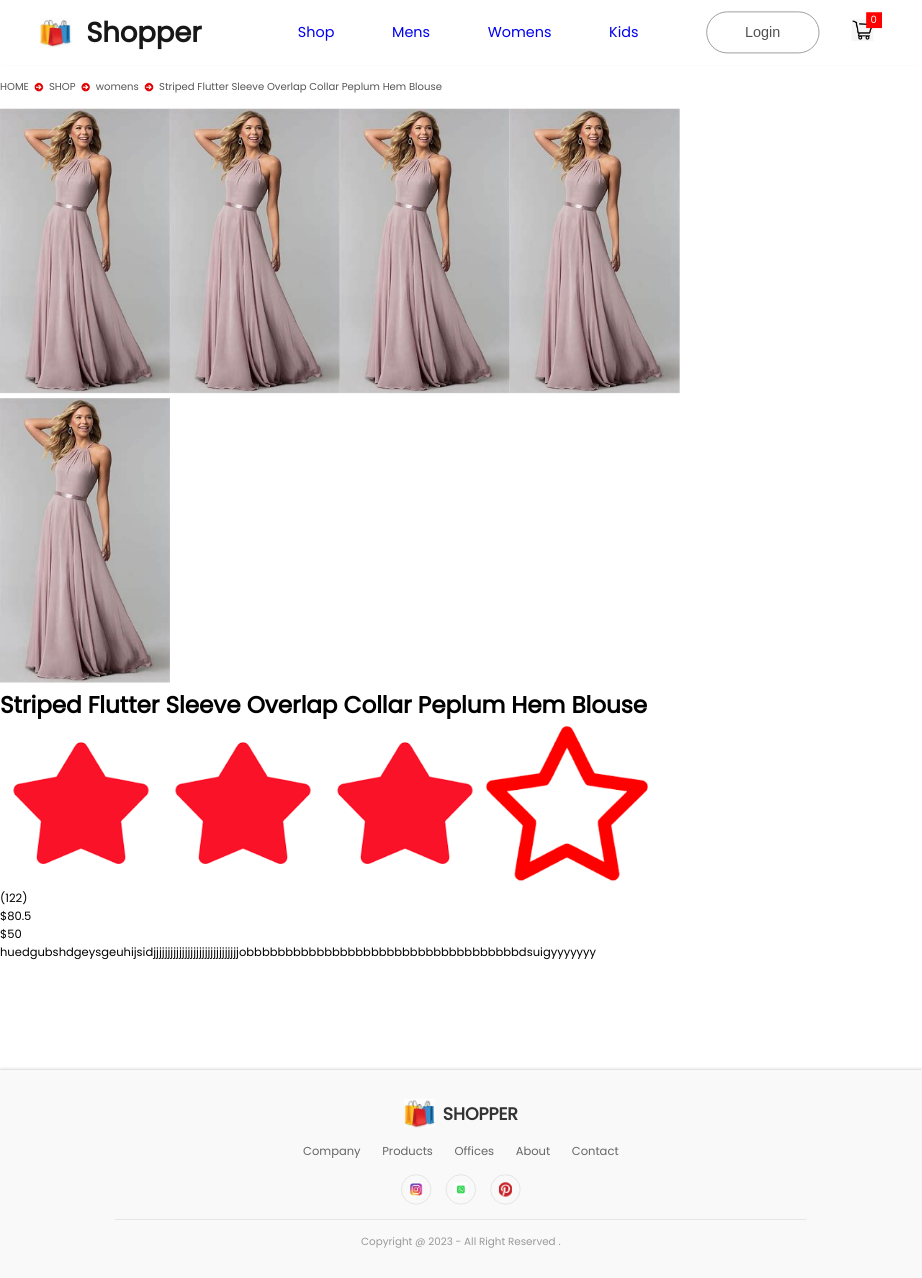
Repository: sshaiv/Shoppie_EcommerceAPP
Page: /product/1
An editor plug-in stored every save of this project. The page is shown before and after the next save, followed by the edit.
The browser window is 1280 px wide. The pictures show the whole page, at 72% of full size.
The project was rebuilt for these pictures with package versions that can differ from the ones it lists, and the page was loaded fresh each time. Also part of the build but not shown: src/App.css, src/Components/Pages/CSS/ShopCategory.css, src/Components/Item/Item.css, src/Components/Item/Item.jsx, src/Components/Pages/ShopCategory.jsx, src/Components/ProductDisplay/ProductDisplay.css, src/Components/Pages/Cart.jsx, src/Components/Pages/CSS/LoginSignup.css and 14 more.

Above is the page before, as saved 2024-07-16 21:52:27.

### public/index.html
<!DOCTYPE html>
<html lang="en">
  <head>
    <meta charset="utf-8" />
    <link rel="icon" href="%PUBLIC_URL%/favicon.ico" />
    <meta name="viewport" content="width=device-width, initial-scale=1" />
    <meta name="theme-color" content="#000000" />
    <meta
      name="description"
      content="Web site created using create-react-app"
    />
    <link rel="apple-touch-icon" href="%PUBLIC_URL%/logo192.png" />
    <!--
      manifest.json provides metadata used when your web app is installed on a
      user's mobile device or desktop. See https://developers.google.com/web/fundamentals/web-app-manifest/
    -->
    <link rel="manifest" href="%PUBLIC_URL%/manifest.json" />
    <!--
      Notice the use of %PUBLIC_URL% in the tags above.
      It will be replaced with the URL of the `public` folder during the build.
      Only files inside the `public` folder can be referenced from the HTML.

      Unlike "/favicon.ico" or "favicon.ico", "%PUBLIC_URL%/favicon.ico" will
      work correctly both with client-side routing and a non-root public URL.
      Learn how to configure a non-root public URL by running `npm run build`.
    -->
    <link rel="preconnect" href="https://fonts.googleapis.com">
    <link rel="preconnect" href="https://fonts.gstatic.com" crossorigin>
    <link href="https://fonts.googleapis.com/css2?family=Poppins&display=swap" rel="stylesheet">
    <title>E-Commerce</title>
  </head>
  <body>
    <noscript>You need to enable JavaScript to run this app.</noscript>
    <div id="root"></div>
    <!--
      This HTML file is a template.
      If you open it directly in the browser, you will see an empty page.

      You can add webfonts, meta tags, or analytics to this file.
      The build step will place the bundled scripts into the <body> tag.

      To begin the development, run `npm start` or `yarn start`.
      To create a production bundle, use `npm run build` or `yarn build`.
    -->
  </body>
</html>

### src/index.js
import React from 'react';
import ReactDOM from 'react-dom/client';
import './index.css';
import App from './App';
import ShopContextProvider from './Components/Context/ShopContext';

const root = ReactDOM.createRoot(document.getElementById('root'));
root.render(
  <ShopContextProvider>
    <App/>
  </ShopContextProvider>
);

// If you want to start measuring performance in your app, pass a function
// to log results (for example: reportWebVitals(console.log))
// or send to an analytics endpoint. Learn more: https://bit.ly/CRA-vitals

### src/index.css
*{
  margin: 0;
}

body {
  margin: 0;
  font-family: -apple-system, BlinkMacSystemFont, 'Segoe UI', 'Roboto', 'Oxygen',
    'Ubuntu', 'Cantarell', 'Fira Sans', 'Droid Sans', 'Helvetica Neue',
    sans-serif;
  -webkit-font-smoothing: antialiased;
  -moz-osx-font-smoothing: grayscale;

 font-family:'Poppins';

}

code {
  font-family: source-code-pro, Menlo, Monaco, Consolas, 'Courier New',
    monospace;
}

### src/App.js
import React from 'react';
import './App.css';
import Navbar from './Components/Navbar/Navbar';
import { BrowserRouter, Routes, Route } from 'react-router-dom';
import ShopCategory from './Components/Pages/ShopCategory';
import Product from './Components/Pages/Product';
import Cart from './Components/Pages/Cart';
import LoginSignup from './Components/Pages/LoginSignup';
import Shop from './Components/Pages/Shop';
import Footer from './Components/Footer/Footer';
import men_banner from './Components/Assets/banner_mens.png';
import women_banner from './Components/Assets/banner_women.png';
import kid_banner from './Components/Assets/banner_kids.png';

const App = () => {
  return (
    <div>
      <BrowserRouter>
        <Navbar />
        <Routes>
          <Route path='/' element={<Shop />} />
          <Route path='/mens' element={<ShopCategory banner={men_banner} category='mens' />} />
          <Route path='/womens' element={<ShopCategory banner={women_banner} category='womens' />} />
          <Route path='/kids' element={<ShopCategory banner={kid_banner} category='kids' />} />
          <Route path='/product' element={<Product />} />
          <Route path='/product/:productID' element={<Product />} />
          <Route path='/cart' element={<Cart />} />
          <Route path='/login' element={<LoginSignup />} />
        </Routes>
        <Footer />
      </BrowserRouter>
    </div>
  );
}

export default App;

### src/Components/Context/ShopContext.jsx
import React, { createContext } from 'react';
import all_product from '../Assets/all_products';

export const ShopContext = createContext(null);

const ShopContextProvider = (props) => {
  const contextValue = { all_product };

  return (
    <ShopContext.Provider value={contextValue}>
      {props.children}
    </ShopContext.Provider>
  );
}

export default ShopContextProvider;

### src/Components/Navbar/Navbar.jsx
import React, { useState } from 'react'
import './Navbar.css'
import logo from '../Assets/logo.png'
import cart_icon from '../Assets/cart_icon.png'
import { Link } from 'react-router-dom'

const Navbar = () => {
const [menu,setMenu]=useState("shop");

  return (
    <div>
      <div className='navbar'>
        <div className='nav-logo'>
          <img src={logo} alt="Logo" />
          <p>Shopper</p>
        </div>
        <ul className='nav-menu'>
            <li onClick={()=>{setMenu("shop")}}><Link style={{textDecoration:'none'}} to='/'>Shop </Link>{menu==="shop"? <hr/> :<></>}   </li>
            <li onClick={()=>{setMenu("mens")}}><Link style={{textDecoration:'none'}}  to='/mens'>Mens</Link> {menu==="shop"? <hr/> :<></>} </li>
            <li onClick={()=>{setMenu("womens")}}><Link style={{textDecoration:'none'}}  to='/womens'>Womens </Link> {menu==="shop"? <hr/> :<></>} </li>
            <li onClick={()=>{setMenu("kids")}}><Link style={{textDecoration:'none'}}  to='/kids'>Kids</Link> {menu==="shop"? <hr/> :<></>} </li>
        </ul>

        <div className="nav-login-cart">
          <Link to='/login'>  <button>Login</button></Link>
       <Link to='/cart'>   <img src={cart_icon} alt="" /></Link>
      <div className="nav-cart-count">0</div>
        </div>
      </div>
    </div>
  )
}

export default Navbar

### src/Components/Pages/Product.jsx
import React,{useContext} from 'react'
import { ShopContext } from '../Context/ShopContext'
import { useParams } from 'react-router-dom'
import Breadcrums from '../Breadcrums/Breadcrums';
import ProductDisplay from '../ProductDisplay/ProductDisplay';

const Product = () => {
  const {all_product}=useContext(ShopContext);
  const {productID}=useParams();
  const product =all_product.find((e)=>e.id===Number(productID));
  return (
    <div>
      <Breadcrums product={product}/>
      <ProductDisplay product={product}/>
    </div>
  )
}

export default Product

### src/Components/Footer/Footer.jsx
import React from 'react'
import './Footer.css'
import footer_logo from '../Assets/footer_logo.png'
import insta_logo from '../Assets/insta_logo.png'
import whatsapp_logo from '../Assets/whatsapp_logo.png'
import pinterest_logo from '../Assets/pinterest_logo.png'



const Footer = () => {
  return (
    <div className='footer'>
      <div className="footer-logo">
        <img src={footer_logo} alt="" />
        <p>SHOPPER</p>

      </div>
      <ul className="footer-links">
        <li>Company</li>
        <li>Products</li>
        <li>Offices</li>
        <li>About</li>
        <li>Contact</li>
      </ul>
      <div className="footer-social-icon">
        <div className="footer-icons-container">
            <img src={insta_logo} alt="" />
        </div>
        <div className="footer-icons-container">
            <img src={whatsapp_logo} alt="" />
        </div>
        <div className="footer-icons-container">
            <img src={pinterest_logo} alt="" />
        </div>
      </div>
      <div className="footer-copyright">
        <hr />
        <p>Copyright @ 2023 - All Right Reserved .</p>
      </div>
    </div>
  )
}

export default Footer

### src/Components/Assets/all_products.js
import p1_img from './product1.png';
import p2_img from './product2.png';
import p3_img from './product3.png';
import p4_img from './product4.png';
// Repeat or add new images as necessary

let all_product = [
    {
        id: 1,
        name: "Striped Flutter Sleeve Overlap Collar Peplum Hem Blouse",
        image: p1_img,
        new_price: 50.00,
        old_price: 80.50,
        category: "womens"
    },
    {
        id: 2,
        name: "Denim High Waist Skinny Jeans",
        image: p2_img,
        new_price: 65.00,
        old_price: 95.00,
        category: "womens"
    },
    {
        id: 3,
        name: "Linen Blend V-Neck Midi Dress",
        image: p3_img,
        new_price: 70.00,
        old_price: 110.00,
        category: "womens"
    },
    {
        id: 4,
        name: "Leather Crossbody Bag with Tassel Detail",
        image: p4_img,
        new_price: 45.00,
        old_price: 75.00,
        category: "womens"
    },
    {
        id: 5,
        name: "Classic White Cotton Shirt",
        image: p1_img,
        new_price: 40.00,
        old_price: 60.00,
        category: "mens"
    },
    {
        id: 6,
        name: "Slim Fit Chinos",
        image: p2_img,
        new_price: 55.00,
        old_price: 85.00,
        category: "mens"
    },
    {
        id: 7,
        name: "Floral Print A-Line Dress",
        image: p3_img,
        new_price: 75.00,
        old_price: 100.00,
        category: "womens"
    },
    {
        id: 8,
        name: "Faux Leather Biker Jacket",
        image: p4_img,
        new_price: 90.00,
        old_price: 120.00,
        category: "womens"
    },
    // Continue adding products with the appropriate category
    {
        id: 9,
        name: "Knitted Sweater",
        image: p1_img,
        new_price: 60.00,
        old_price: 90.00,
        category: "mens"
    },
    {
        id: 10,
        name: "Stretch Skinny Jeans",
        image: p2_img,
        new_price: 50.00,
        old_price: 80.00,
        category: "mens"
    },
    {
        id: 11,
        name: "Polka Dot Wrap Dress",
        image: p3_img,
        new_price: 85.00,
        old_price: 115.00,
        category: "womens"
    },
    {
        id: 12,
        name: "Wool Blend Coat",
        image: p4_img,
        new_price: 150.00,
        old_price: 200.00,
        category: "womens"
    },
    {
        id: 13,
        name: "Lace Trim Cami Top",
        image: p1_img,
        new_price: 35.00,
        old_price: 55.00,
        category: "womens"
    },
    {
        id: 14,
        name: "High Rise Shorts",
        image: p2_img,
        new_price: 45.00,
        old_price: 70.00,
        category: "mens"
    },
    {
        id: 15,
        name: "Puff Sleeve Midi Dress",
        image: p3_img,
        new_price: 65.00,
        old_price: 95.00,
        category: "womens"
    },
    {
        id: 16,
        name: "Quilted Crossbody Bag",
        image: p4_img,
        new_price: 55.00,
        old_price: 85.00,
        category: "womens"
    },
    {
        id: 17,
        name: "Oversized Denim Jacket",
        image: p1_img,
        new_price: 100.00,
        old_price: 130.00,
        category: "mens"
    },
    {
        id: 18,
        name: "Cargo Pants",
        image: p2_img,
        new_price: 60.00,
        old_price: 90.00,
        category: "mens"
    },
    {
        id: 19,
        name: "Embroidered Maxi Dress",
        image: p3_img,
        new_price: 110.00,
        old_price: 150.00,
        category: "womens"
    },
    {
        id: 20,
        name: "Suede Ankle Boots",
        image: p4_img,
        new_price: 95.00,
        old_price: 125.00,
        category: "womens"
    },
    {
        id: 21,
        name: "Ribbed Turtleneck Sweater",
        image: p1_img,
        new_price: 45.00,
        old_price: 70.00,
        category: "mens"
    },
    {
        id: 22,
        name: "Pleated Midi Skirt",
        image: p2_img,
        new_price: 55.00,
        old_price: 85.00,
        category: "womens"
    },
    {
        id: 23,
        name: "Off-Shoulder Evening Gown",
        image: p3_img,
        new_price: 150.00,
        old_price: 200.00,
        category: "womens"
    },
]

export default all_product;

### src/Components/Navbar/Navbar.css
.navbar{
    display: flex;
    justify-content: space-around;
    padding: 16px;
    box-shadow:0 1px 3px -2px black ;

}
.nav-logo{
    display:flex;
    align-items: center;
    gap: 10px;
}

.nav-logo p{
    color: #171717;
    font-size: 38px;
    font-weight: 600;
}
.nav-menu{
    display:flex;
    align-items:center;
    list-style: none;
    gap: 50px;
    color:#626262;
    font-size: 20px;
    font-weight: 500;

}


  .nav-logo img {
    height: 40px;
    margin-right: 10px;
  }



  .nav-menu li {
    margin: 0 15px;
    position: relative;
    cursor: pointer;
  }

  .nav-menu li:hover hr {
    display: block;
  }

  .nav-menu hr {
    display: none;
    width: 80%;
    height: 3px;
    border-radius: 10px;
    background-color:red;

  }

  .nav-login-cart {
    display: flex;
    align-items: center;
    gap: 45px;
  }

  .nav-login-cart button {
    width: 157px;
    height: 58px;
    outline: none;
    border: 1px solid #7a7a7a;
    border-radius: 75px;
    color:#515151;
    font-size: 20px;
    font-weight: 500;
    background: white;
    cursor: pointer;
  }

  .nav-login-cart button:active{
    background:#f3f3f3;
  }
  .nav-login-cart img {
    height: 30px;
    cursor: pointer;
  }
  .nav-cart-count{
    width: 22px;
    height: 22px;
    display: flex;
    justify-content: center;
    align-items:center;
    margin-top: -35px;
    margin-left: -55px;
    border: radius 11px;
    font-size: 14px;
    background-color:red;
    color:white;
  }

  @media (max-width: 768px) {
    .navbar {
      flex-direction: column;
      align-items: center;
    }

    .nav-logo p {
      font-size: 20px;
    }

    .nav-menu {
      flex-direction: column;
      align-items: center;
      gap: 10px;
    }

    .nav-menu li {
      margin: 10px 0;
    }

    .nav-login-cart {
      flex-direction: column;
      align-items: center;
      gap: 10px;
    }
  }

### src/Components/Breadcrums/Breadcrums.jsx
import React from 'react';
import './Breadcrum.css';
import arrow_icon from '../Assets/arrow_icon.png';

const Breadcrums = (props) => {
  const { product } = props;
  return (
    <div className='breadcrums'>
      HOME <img src={arrow_icon} alt="arrow" /> SHOP <img src={arrow_icon} alt="arrow" /> {product.category} <img src={arrow_icon} alt="arrow" /> {product.name}
    </div>
  );
}

export default Breadcrums;

### src/Components/ProductDisplay/ProductDisplay.jsx
import React from "react";
import "./ProductDisplay.css";
import star_icon from '../Assets/star_icon.png'
import star_dullicon from '../Assets/star_dullicon.png'

const ProductDisplay = (props) => {
  const { product } = props;
  return (
    <div className="productdisplay">
      <div className="productdisplay-left">
        <div className="productdisplay-img-list">
          <img src={product.image} alt="" />
          <img src={product.image} alt="" />
          <img src={product.image} alt="" />
          <img src={product.image} alt="" />
        </div>
        <div className="productdisplay-img">
          <img className="productdisplay-main-img" src={product.image} alt="" />
        </div>
      </div>
      <div className="productdisplay-right">
        <h1>{product.name}</h1>
        <div className="productdisplay-right-star">
          <img src={star_icon} alt="" />
          <img src={star_icon} alt="" />
          <img src={star_icon} alt="" />
          <img src={star_dullicon} alt="" />
       <p>(122)</p>
        </div>
        <div className="productdisplay-right-prices">
            <div className="productdisplay-right-price-old">
                ${product.old_price}
            </div>
            <div className="productdisplay-right-price-new">
                ${product.new_price}
            </div>

        </div>
        <div className="productdisplay-right-description">
            huedgubshdgeysgeuhijsidjjjjjjjjjjjjjjjjjjjjjjjjjjjjjjobbbbbbbbbbbbbbbbbbbbbbbbbbbbbbbbbbbdsuigyyyyyyy
        </div>

      </div>
    </div>
  );
};

export default ProductDisplay;

### src/Components/Footer/Footer.css
.footer {
    background-color: #f9f9f9;
    padding: 40px;
    text-align: center;
    border-top: 1px solid #ddd;
    box-shadow: 0 -2px 4px rgba(0, 0, 0, 0.1);
    position: relative;
    top: 150px;
  }

  .footer-logo {
    display: flex;
    justify-content: center;
    align-items: center;
    gap: 10px;
    margin-bottom: 20px;
  }

  .footer-logo img {
    height: 40px;
  }

  .footer-logo p {
    font-size: 1.5rem;
    font-weight: bold;
    color: #333;
  }

  .footer-links {
    list-style: none;
    padding: 0;
    display: flex;
    justify-content: center;
    gap: 30px;
    margin-bottom: 20px;
  }

  .footer-links li {
    font-size: 1rem;
    color: #666;
    cursor: pointer;
    transition: color 0.3s ease;
  }

  .footer-links li:hover {
    color: #ff4141;
  }

  .footer-social-icon {
    display: flex;
    justify-content: center;
    gap: 20px;
    margin-bottom: 20px;
  }

  .footer-icons-container {
    width: 40px;
    height: 40px;
    display: flex;
    justify-content: center;
    align-items: center;
    border: 1px solid #ddd;
    border-radius: 50%;
    transition: border-color 0.3s ease;
  }

  .footer-icons-container img {
    height: 20px;
  }

  .footer-icons-container:hover {
    border-color: #ff4141;
  }

  .footer-copyright {
    margin-top: 20px;
    font-size: 0.9rem;
    color: #999;
  }

  .footer hr {
    width: 80%;
    margin: 20px auto;
    border: none;
    border-top: 1px solid #ddd;
  }

### src/Components/Breadcrums/Breadcrum.css
/* CSS/Breadcrum.css */

.breadcrums {
    display: flex;
    align-items: center;
    font-size: 14px;
    color: #555;
    margin: 20px 0;
  }

  .breadcrums img {
    width: 12px;
    height: 12px;
    margin: 0 8px;
  }

  .breadcrums span {
    margin: 0 8px;
    color: #999;
  }

  .breadcrums a {
    text-decoration: none;
    color: inherit;
    transition: color 0.2s;
  }

  .breadcrums a:hover {
    color: #007bff;
  }

After the next save:
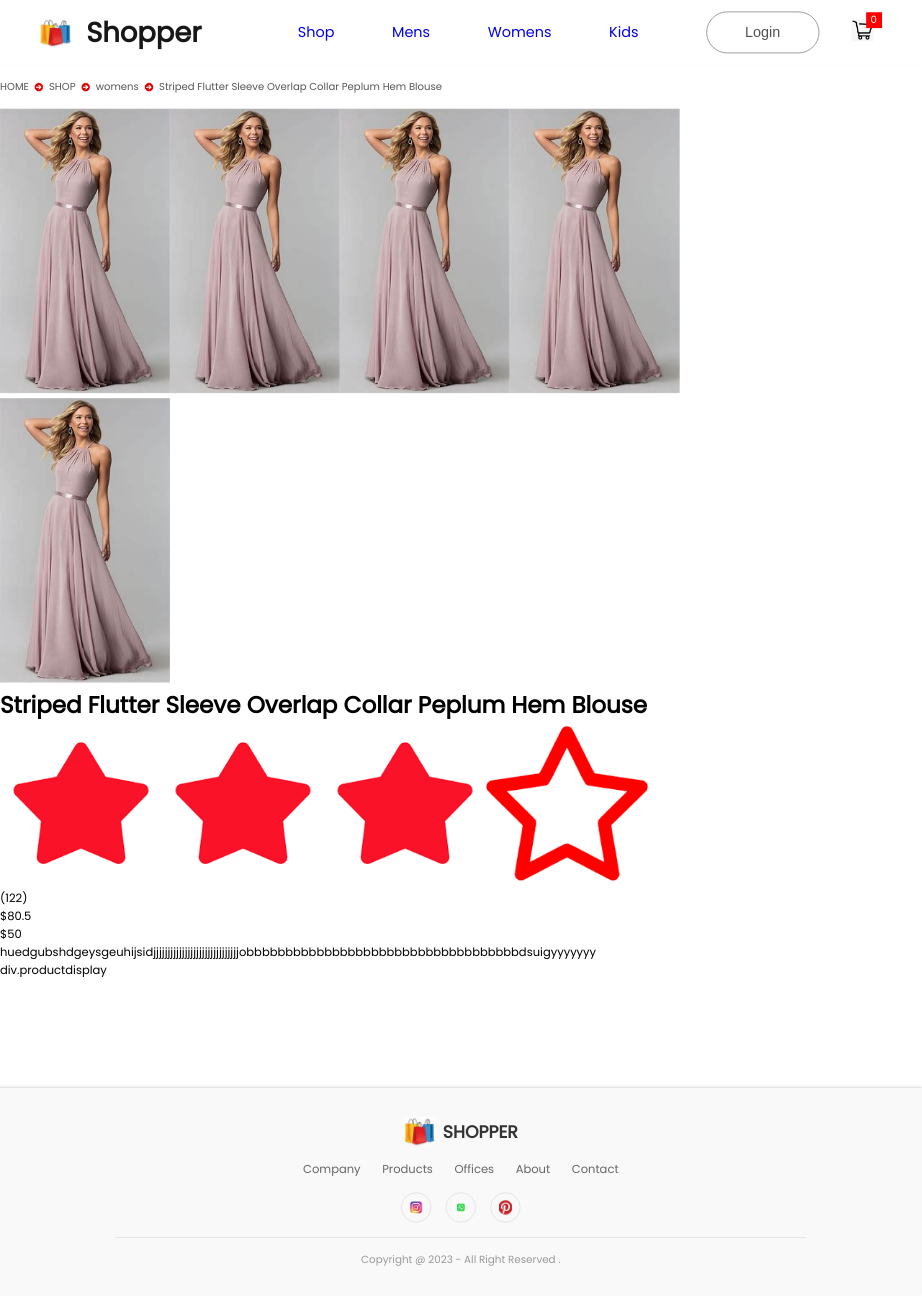
Saved 15 s later.
--- a/src/Components/ProductDisplay/ProductDisplay.jsx
+++ b/src/Components/ProductDisplay/ProductDisplay.jsx
@@ -39,7 +39,7 @@
         <div className="productdisplay-right-description">
             huedgubshdgeysgeuhijsidjjjjjjjjjjjjjjjjjjjjjjjjjjjjjjobbbbbbbbbbbbbbbbbbbbbbbbbbbbbbbbbbbdsuigyyyyyyy
         </div>
-
+        div.productdisplay
       </div>
     </div>
   );

After the 2 saves that followed:
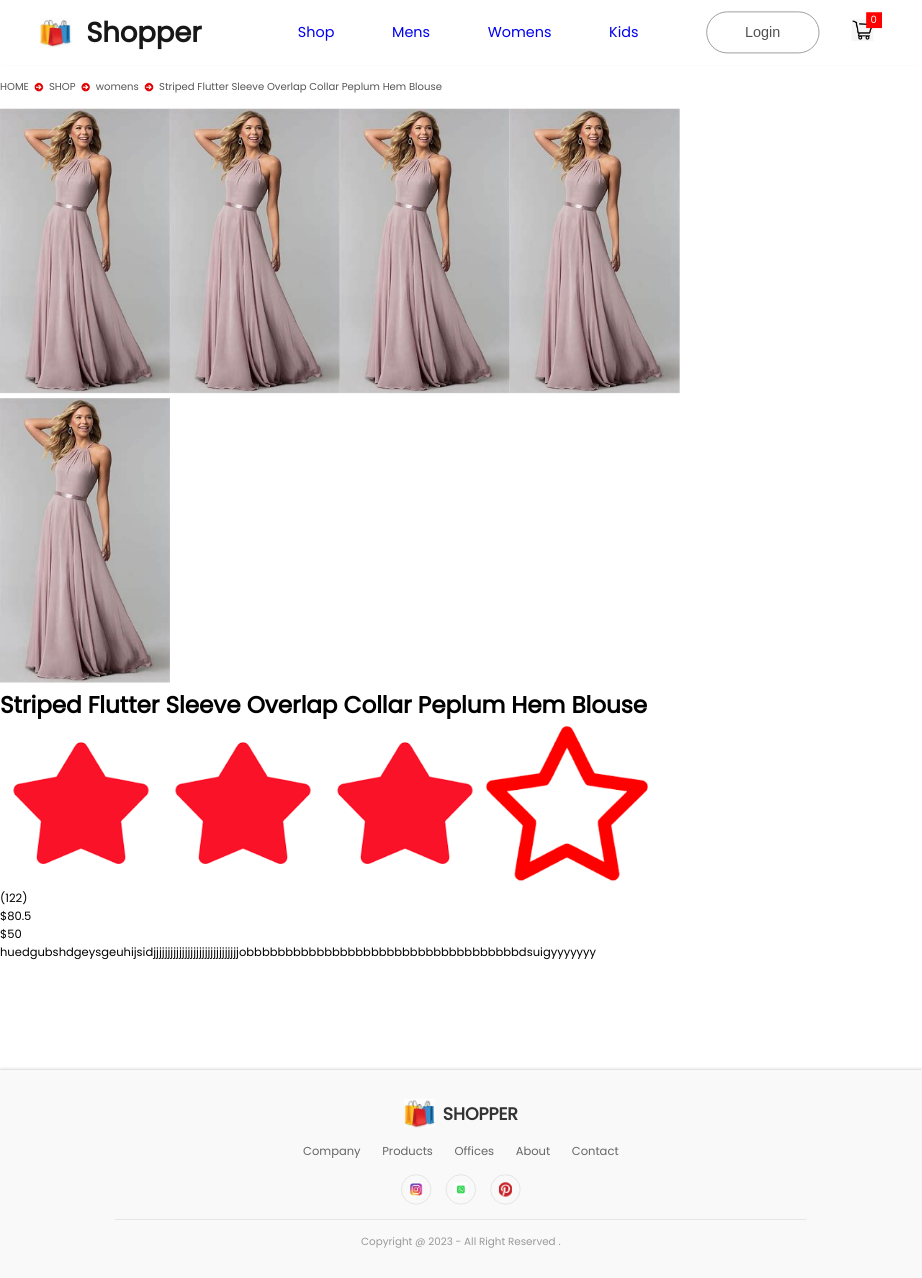
The 2 saves are shown as one change because they came seconds apart.
The last was saved 9 s later.
--- a/src/Components/ProductDisplay/ProductDisplay.jsx
+++ b/src/Components/ProductDisplay/ProductDisplay.jsx
@@ -39,7 +39,9 @@
         <div className="productdisplay-right-description">
             huedgubshdgeysgeuhijsidjjjjjjjjjjjjjjjjjjjjjjjjjjjjjjobbbbbbbbbbbbbbbbbbbbbbbbbbbbbbbbbbbdsuigyyyyyyy
         </div>
-        div.productdisplay
+        <div className="productdisplay-right-size">
+            <h1></h1>
+        </div>
       </div>
     </div>
   );
